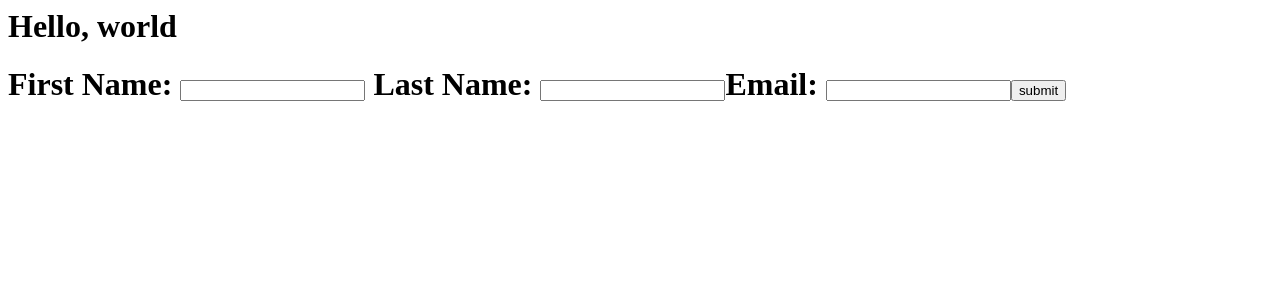
Repository: LogicLion/ChronTimer
Page: http://localhost/ChronoTimer/chronotimer
An editor plug-in stored every save of this project. The page is shown before and after the next save, followed by the edit.
The browser window is 1280 px wide. The pictures show the whole page.
The page is served by Tomcat 9.

Above is the page before, as saved 2015-02-25 21:04:11.

After the next save:
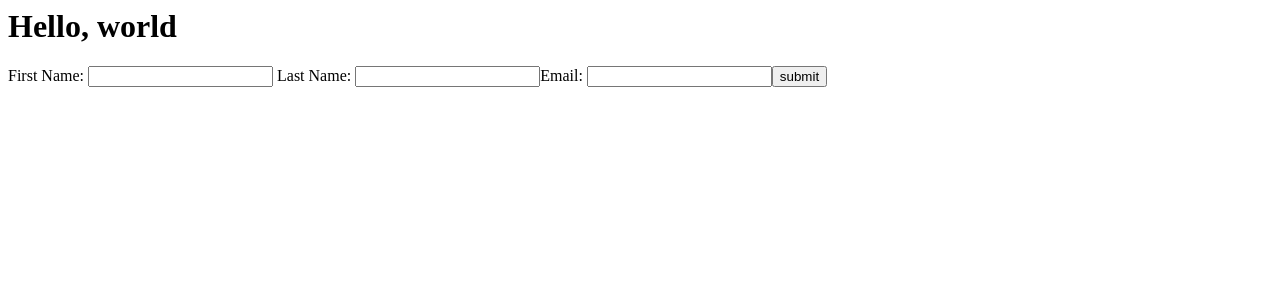
Saved 4 min 46 s later.
--- a/ChronoTimer/src/com/uwm/ChronoTimer/ChronoTimerServlet.java
+++ b/ChronoTimer/src/com/uwm/ChronoTimer/ChronoTimerServlet.java
@@ -20,32 +20,30 @@
 	public void doGet(HttpServletRequest req, HttpServletResponse resp)
 		throws IOException {
 		resp.setContentType("text/html");
-		resp.getWriter().println("<h1>Hello, world<h1>");
+		resp.getWriter().println("<h1>Hello, world</h1>");
 		printForm(resp);
-
-
-
 	}
 
 	public void doPost(HttpServletRequest req, HttpServletResponse resp)
 		throws IOException {
+			shouldPrint = false;
 			resp.setContentType("text/html");
 			firstName = req.getParameter("nameonform");
 			lastName = req.getParameter("lastname");
 			email = req.getParameter("email");
 
 			 if(firstName.isEmpty()){
-				 resp.getWriter().println("<h1>ERROR FIRST NAME IS EMPTY<h1>");
+				 resp.getWriter().println("<h1>ERROR FIRST NAME IS EMPTY</h1>");
 				 shouldPrint = true;
 			 }
 
 			 if(lastName.isEmpty()){
-				resp.getWriter().println("<h1> ERROR LASTNAME IS EMPTY <h1>");
+				resp.getWriter().println("<h1> ERROR LASTNAME IS EMPTY </h1>");
 				shouldPrint = true;
 			 }
 
 			 if(email.isEmpty()){
-				resp.getWriter().println("<h1> ERROR EMAIL IS EMPTY <h1>");
+				resp.getWriter().println("<h1> ERROR EMAIL IS EMPTY </h1>");
 				shouldPrint = true;
 			 }
 
